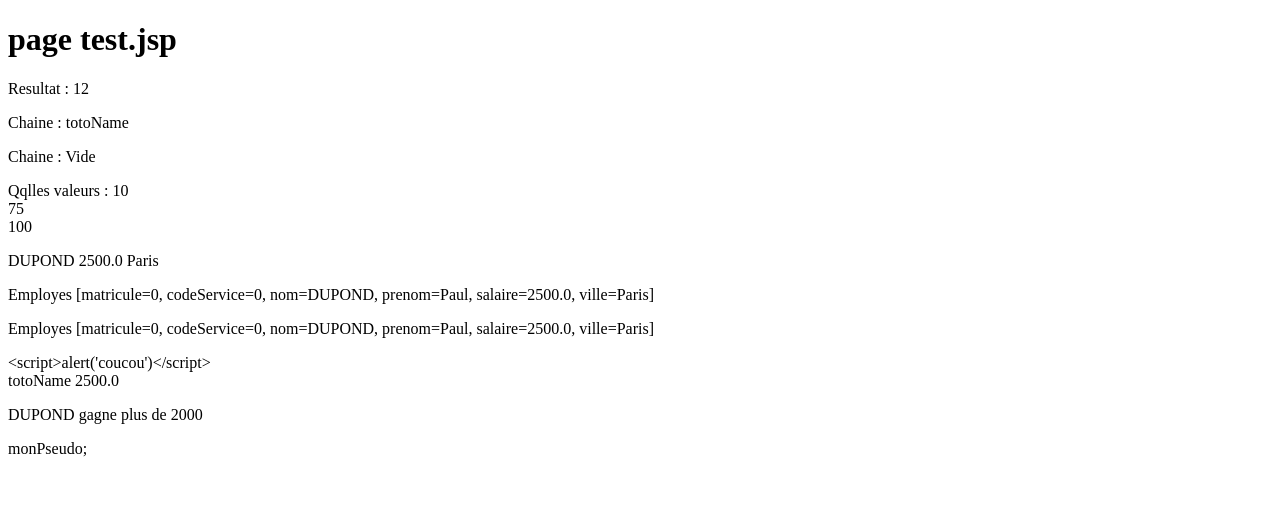
Repository: Moana007/javaee-workspace
Page: http://localhost/Site_cours/test
An editor plug-in stored every save of this project. The page is shown before and after the next save, followed by the edit.
The browser window is 1280 px wide. The pictures show the whole page.
The page is served by Tomcat 9.

Above is the page before, as saved 2019-01-28 16:25:06.

After the next save:
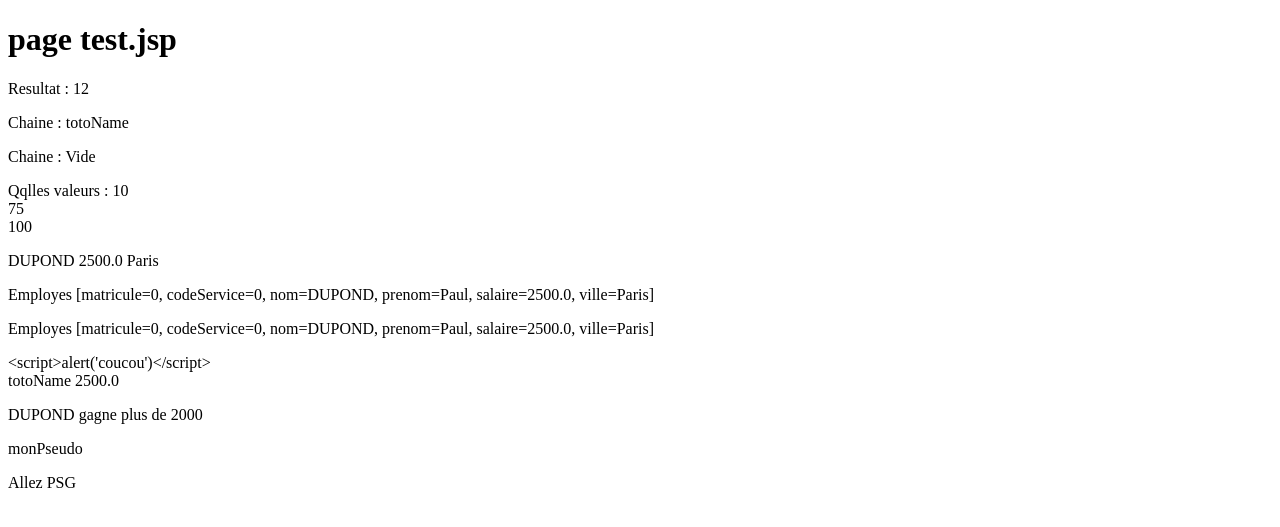
Saved 91 s later.
--- a/Site_cours/WebContent/WEB-INF/test.jsp
+++ b/Site_cours/WebContent/WEB-INF/test.jsp
@@ -33,6 +33,21 @@
 		<p><c:out value="${emp.nom}"/> gagne 2000 ou moins</p>
 	</c:if>
 	<c:set var="pseudo" value="monPseudo" scope="page" />
-	<c:out value="${pseudo }" />;
+	<c:out value="${pseudo }" />
+
+
+	<c:choose>
+		<c:when test="${ emp.ville == 'Marseille'}">
+			<p>Allez l'OM</p>
+		</c:when>
+		<c:when test="${ emp.ville == 'Paris'}">
+			<p>Allez PSG</p>
+		</c:when>
+	</c:choose>
+
+
+
+
+
 </body>
 </html>
